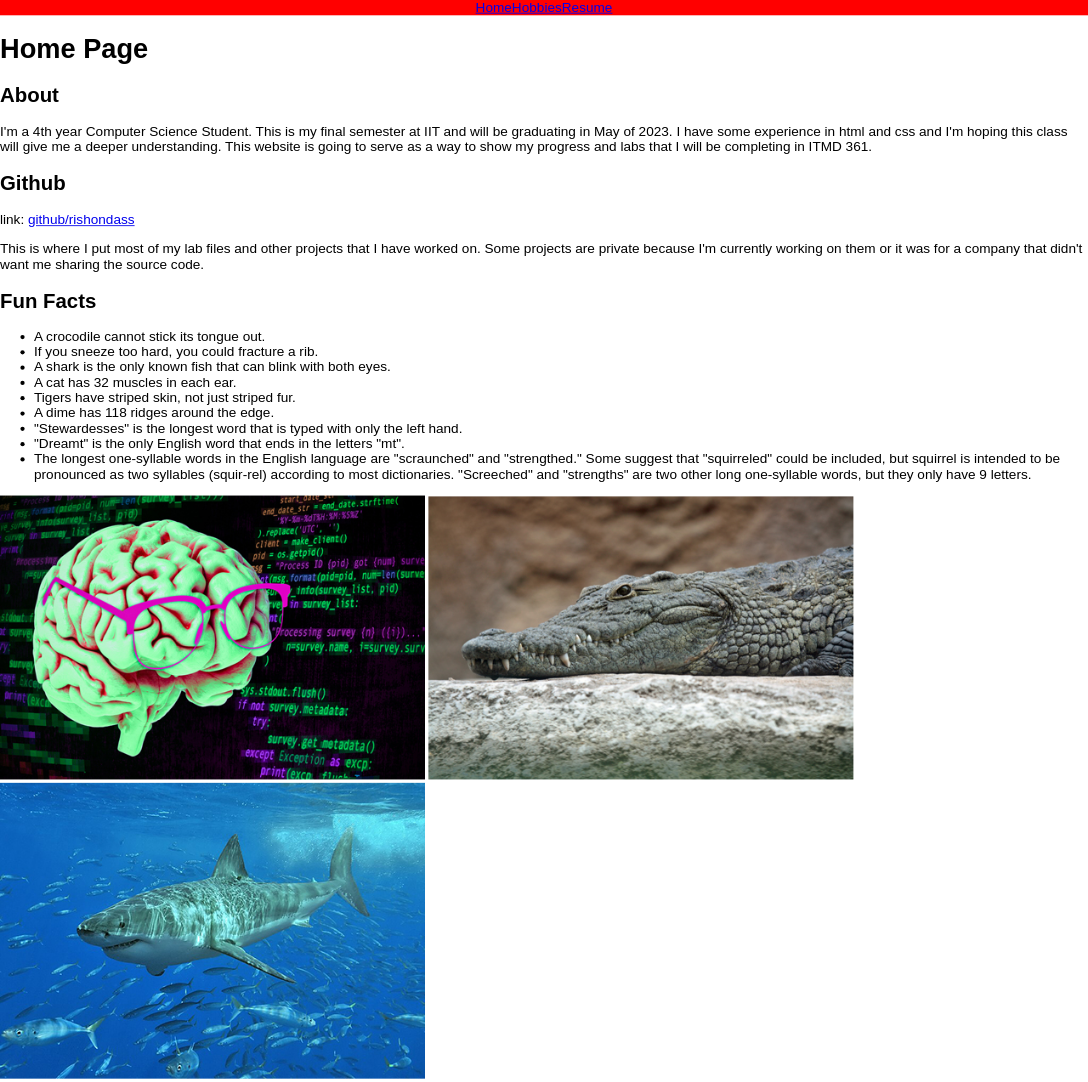
Repository: rishondass/ITMD361-Project2
Page: index.html
These files come from the project's save history. The page is drawn as it stood at one moment and after a run of saves; the edit follows.
The browser window is 1280 px wide. The pictures show the whole page, at 85% of full size.

Above is the page before, as saved 2023-03-07 21:08:12.

### index.html
<!DOCTYPE html>
<html lang="en">
<head>
    <meta charset="UTF-8">
    <meta name="viewport" content="width=device-width, initial-scale=1.0">
    <link rel="stylesheet" href="css/style.css">
    <link rel="stylesheet" href="css/normalize.css">
    <title>Home</title>
</head>
<body>
    <nav id="main-nav">
        <ul>
            <li>
                <a href="index.html">Home</a>
            </li>
            <li>
                <a href="hobbies.html">Hobbies</a>
            </li>
            <li>
                <a href="resume.html">Resume</a>
            </li>
        </ul>
    </nav>

    <div>
        <h1>Home Page</h1>
        <h2>
            About
        </h2>
        <p>
            I'm a 4th year Computer Science Student. This is my final semester at IIT and will be graduating in May of 2023. I have some experience in html and css and I'm hoping this class will give me a deeper understanding. This website is going to serve as a way to show my progress and labs that I will be completing in ITMD 361.
        </p>
        <h2>
            Github
        </h2>
        <p>
            link: <a target="_blank" href="https://www.github.com/rishondass">github/rishondass</a>
        </p>
        <p>
            This is where I put most of my lab files and other projects that I have worked on. Some projects are private because I'm currently working on them or it was for a company that didn't want me sharing the source code.
        </p>
        <h2>
            Fun Facts
        </h2>
        <ul>
            <li>
                A crocodile cannot stick its tongue out.
            </li>
            <li>
                If you sneeze too hard, you could fracture a rib.
            </li>
            <li>
                A shark is the only known fish that can blink with both eyes.
            </li>
            <li>
                A cat has 32 muscles in each ear.
            </li>
            <li>
                Tigers have striped skin, not just striped fur.
            </li>
            <li>
                A dime has 118 ridges around the edge.
            </li>
            <li>
                "Stewardesses" is the longest word that is typed with only the left hand.
            </li>
            <li>
                "Dreamt" is the only English word that ends in the letters "mt".
            </li>
            <li>
                The longest one-syllable words in the English language are "scraunched" and "strengthed." Some suggest that "squirreled" could be included, but squirrel is intended to be pronounced as two syllables (squir-rel) according to most dictionaries. "Screeched" and "strengths" are two other long one-syllable words, but they only have 9 letters.
            </li>
        </ul>
        <img src="images/code.jpg" alt="image_of_code">
        <img src="images/Nile_crocodile_head.jpg" alt="image_of_crocodile">
        <img src="images/White_shark.jpg" alt="image_of_shark">

    </div>
</body>
</html>

### css/style.css
#main-nav{
    background-color: red;
    overflow: hidden;
}

#main-nav ul{
    list-style-type: none;
    padding: 0;
    margin: 0;
    display: flex;
    justify-content: center;
}

#main-nav li{
    padding: 0;
    margin: 0;

}

#main-nav a{
    display: flex;
    gap: 1rem;
}

Loaded but not shown: css/normalize.css (library)

After the next 5 saves:
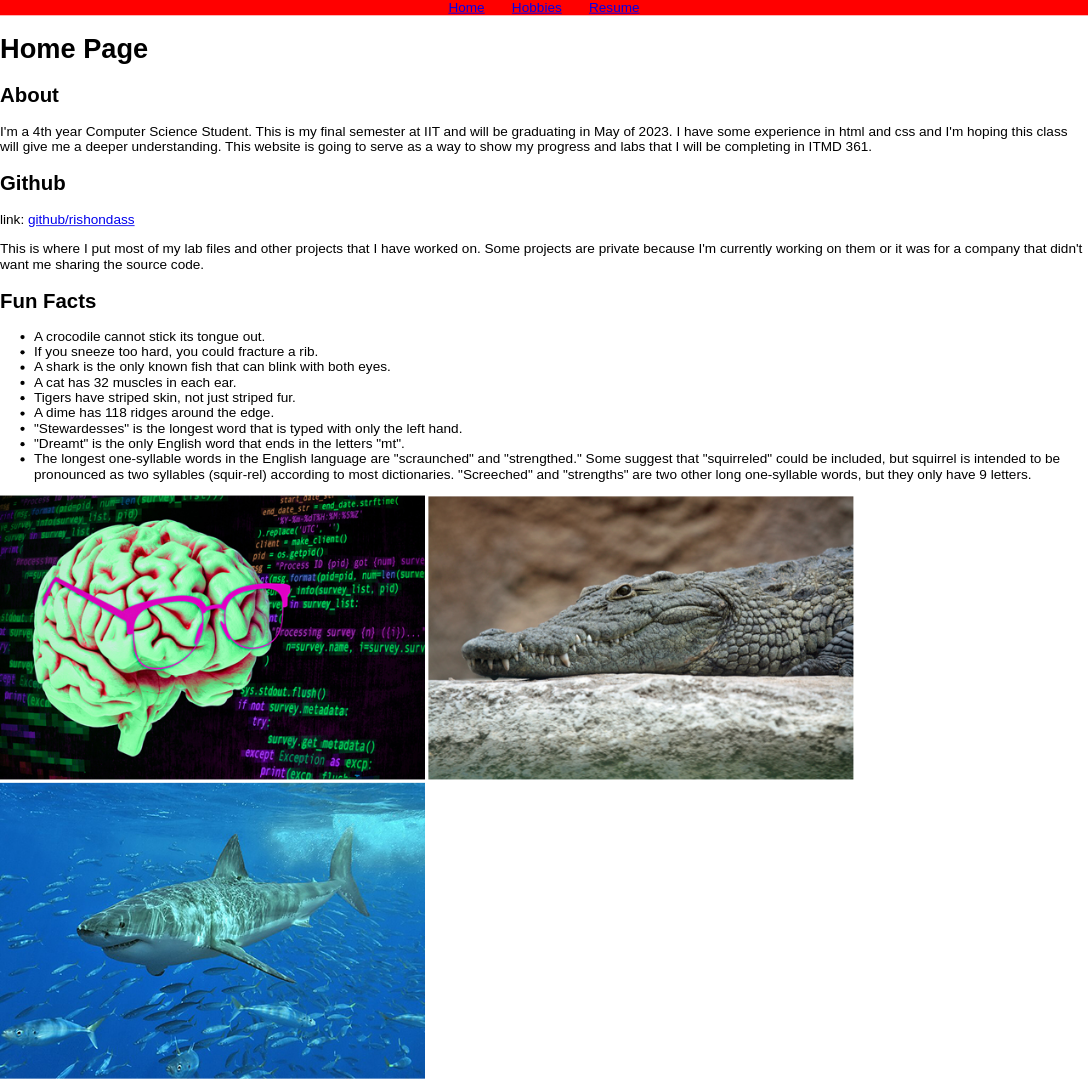
The 5 saves are shown as one change because they came seconds apart.
The last was saved 13 s later.
--- a/css/style.css
+++ b/css/style.css
@@ -18,6 +18,5 @@
 }
 
 #main-nav a{
-    display: flex;
-    gap: 1rem;
+    padding: 1rem;
 }
